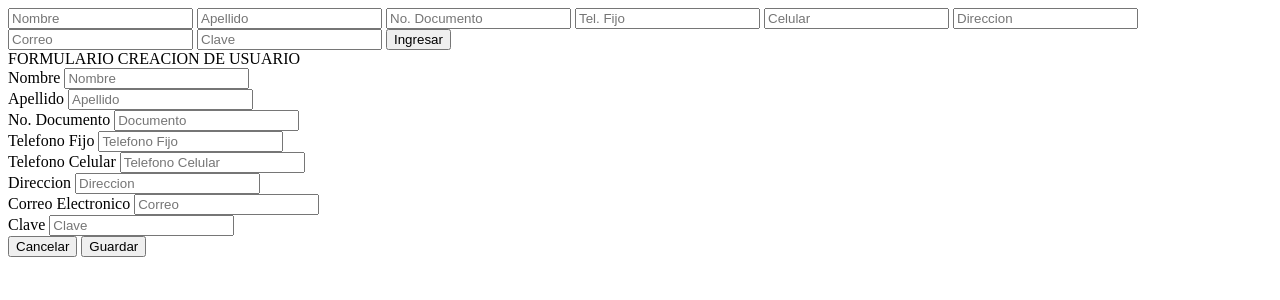
Repository: DA5CH25/kohaku_php
Page: http://localhost/kohaku_php/views/modules/ingresar.php
An editor plug-in stored every save of this project. The page is shown before and after a run of saves, followed by the edit.
The browser window is 1280 px wide. The pictures show the whole page.
The page is run by PHP 8.4 with error messages shown; the project is at /var/www/html/.

Above is the page before, as saved 2021-05-16 19:42:36.

### views/modules/ingresar.php
<!DOCTYPE html>
<html lang="en">
<head>
	<meta charset="UTF-8" />
	<title>Roles</title>
</head>
<body>



		<input name="nombre" placeholder="Nombre" />
		<input name="apellido" placeholder="Apellido" />
		<input name="numero_identificacion" placeholder="No. Documento" />
		<input name="telefono_fijo" placeholder="Tel. Fijo" />
		<input name="telefono_movil" placeholder="Celular" />
		<input name="direccion" placeholder="Direccion" />
		<input name="correo_electronico" placeholder="Correo" />
		<input name="clave" placeholder="Clave" />
		<input type="submit" value="Ingresar" />

	<div class="col-xl-9 col-lg-9 col-md-12 col-sm-12 col-12">
							<div class="card h-100">
								<div class="card-header">
									<div class="card-title">FORMULARIO CREACION DE USUARIO</div>
								</div>
								<div class="card-body">
									<div class="row gutters">
										<div class="col-xl-6 col-lg-6 col-md-6 col-sm-6 col-12">
											<form action="" method="POST">
											<div class="form-group">
												<label for="fullName">Nombre</label>
												<input type="text" class="form-control" id="fullName" placeholder="Nombre">
											</div>
											<div class="form-group">
												<label for="fullName">Apellido</label>
												<input type="text" class="form-control" id="fullName" placeholder="Apellido">
											</div>
											<div class="form-group">
												<label for="eMail">No. Documento</label>
												<input type="email" class="form-control" id="eMail" placeholder="Documento">
											</div>
											<div class="form-group">
												<label for="phone">Telefono Fijo</label>
												<input type="text" class="form-control" id="phone" placeholder="Telefono Fijo">
											</div>
											<div class="form-group">
												<label for="website">Telefono Celular</label>
												<input type="url" class="form-control" id="website" placeholder="Telefono Celular">
											</div>
										</div>
										<div class="col-xl-6 col-lg-6 col-md-6 col-sm-6 col-12">
											<div class="form-group">
												<label for="addRess">Direccion</label>
												<input type="text" class="form-control" id="addRess" placeholder="Direccion">
											</div>
											<div class="form-group">
												<label for="ciTy">Correo Electronico</label>
												<input type="name" class="form-control" id="ciTy" placeholder="Correo">
											</div>
											<div class="form-group">
												<label for="sTate">Clave</label>
												<input type="text" class="form-control" id="sTate" placeholder="Clave">
											</div>
											</div>
										<div class="col-xl-12 col-lg-12 col-md-12 col-sm-12 col-12">
											<div class="text-right">
												<button type="button" id="submit" name="submit" class="btn btn-white">Cancelar</button>
												<button type="button" id="submit" name="submit" class="btn btn-primary">Guardar</button>
											</div>
										</div>
										</form>
									</div>
								</div>
							</div>
						</div>
					</div>
					<!-- Row end -->
</body>
</html>

After the next 2 saves:
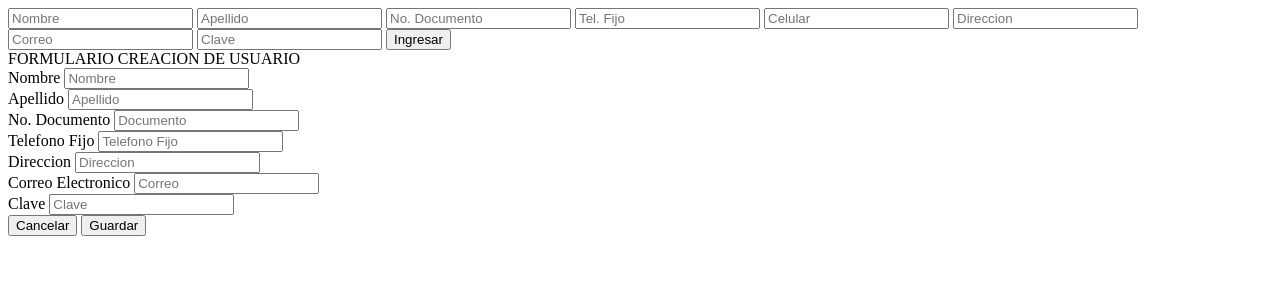
The 2 saves are shown as one change because they came seconds apart.
The last was saved 19 s later.
--- a/views/modules/ingresar.php
+++ b/views/modules/ingresar.php
@@ -43,10 +43,6 @@
 												<label for="phone">Telefono Fijo</label>
 												<input type="text" class="form-control" id="phone" placeholder="Telefono Fijo">
 											</div>
-											<div class="form-group">
-												<label for="website">Telefono Celular</label>
-												<input type="url" class="form-control" id="website" placeholder="Telefono Celular">
-											</div>
 										</div>
 										<div class="col-xl-6 col-lg-6 col-md-6 col-sm-6 col-12">
 											<div class="form-group">
